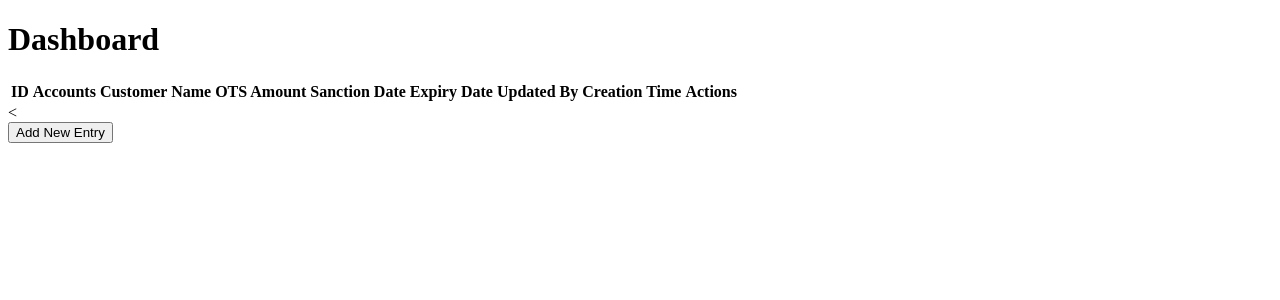
Repository: jigyasa0309/BrainvireDemos
Page: http://localhost/dashboard
These files come from the project's save history. The page is drawn as it stood at one moment and after the next save; the edit follows.
The browser window is 1280 px wide. The pictures show the whole page.
The page is this project's Thymeleaf template; nobody is signed in. The template is opened directly, without the code that normally fills it, so the values that code supplies are empty.

Above is the page before, as saved 2024-02-18 19:17:51.

### AdminSystem/Admin-System-1/src/main/resources/templates/dashboard.html
<!DOCTYPE html>
<html xmlns:th="http://www.thymeleaf.org">

<head>
    <meta charset="UTF-8">
    <title>Dashboard</title>
</head>

<body>
    <h1>Dashboard</h1>
    <table>
        <thead>
            <tr>
                <th>ID</th>
                <th>Accounts</th>
                <th>Customer Name</th>
                <th>OTS Amount</th>
                <th>Sanction Date</th>
                <th>Expiry Date</th>
                <th>Updated By</th>
                <th>Creation Time</th>
                <th>Actions</th> <!-- Added column for actions -->
            </tr>
        </thead>
        <tbody>
            <!-- Loop through entries and display each entry -->
            <tr th:each="entry : ${entries}">
                <td th:text="${entry.id}"></td>
                <td th:text="${entry.accounts}"></td>
                <td th:text="${entry.customerName}"></td>
                <td th:text="${entry.otsAmount}"></td>
                <td th:text="${entry.sanctionDate}"></td>
                <td th:text="${entry.expiryDate}"></td>
                <td th:text="${entry.updatedBy}"></td>
                <td th:text="${entry.creationTime}"></td>
                <td>
					<form th:action="@{'/edit/' + ${entry.id}}" method="get" style="display: inline;">
            <input type="submit" value="Edit">
        </form>
                    <form th:action="@{'/ots/delete/' + ${entry.id}}" method="post" style="display: inline;">
                        <input type="hidden" th:name="${_csrf.parameterName}" th:value="${_csrf.token}" />
                        <input type="submit" value="Delete">
                    </form>
                </td>
            </tr>
        </tbody>
    </table>

    <!-- Button for adding a new entry -->
    <<form th:action="@{/ots/add}" method="post">
        <input type="hidden" th:name="${_csrf.parameterName}" th:value="${_csrf.token}" />
        <input type="submit" value="Add New Entry">
    </form>
</body>

</html>

After the next save:
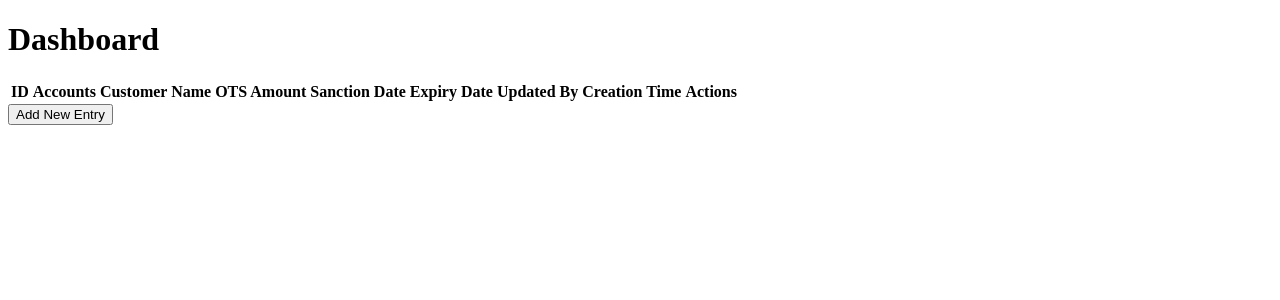
Saved 19 s later.
--- a/AdminSystem/Admin-System-1/src/main/resources/templates/dashboard.html
+++ b/AdminSystem/Admin-System-1/src/main/resources/templates/dashboard.html
@@ -47,7 +47,7 @@
     </table>
 
     <!-- Button for adding a new entry -->
-    <<form th:action="@{/ots/add}" method="post">
+    <form th:action="@{/ots/add}" method="post">
         <input type="hidden" th:name="${_csrf.parameterName}" th:value="${_csrf.token}" />
         <input type="submit" value="Add New Entry">
     </form>
